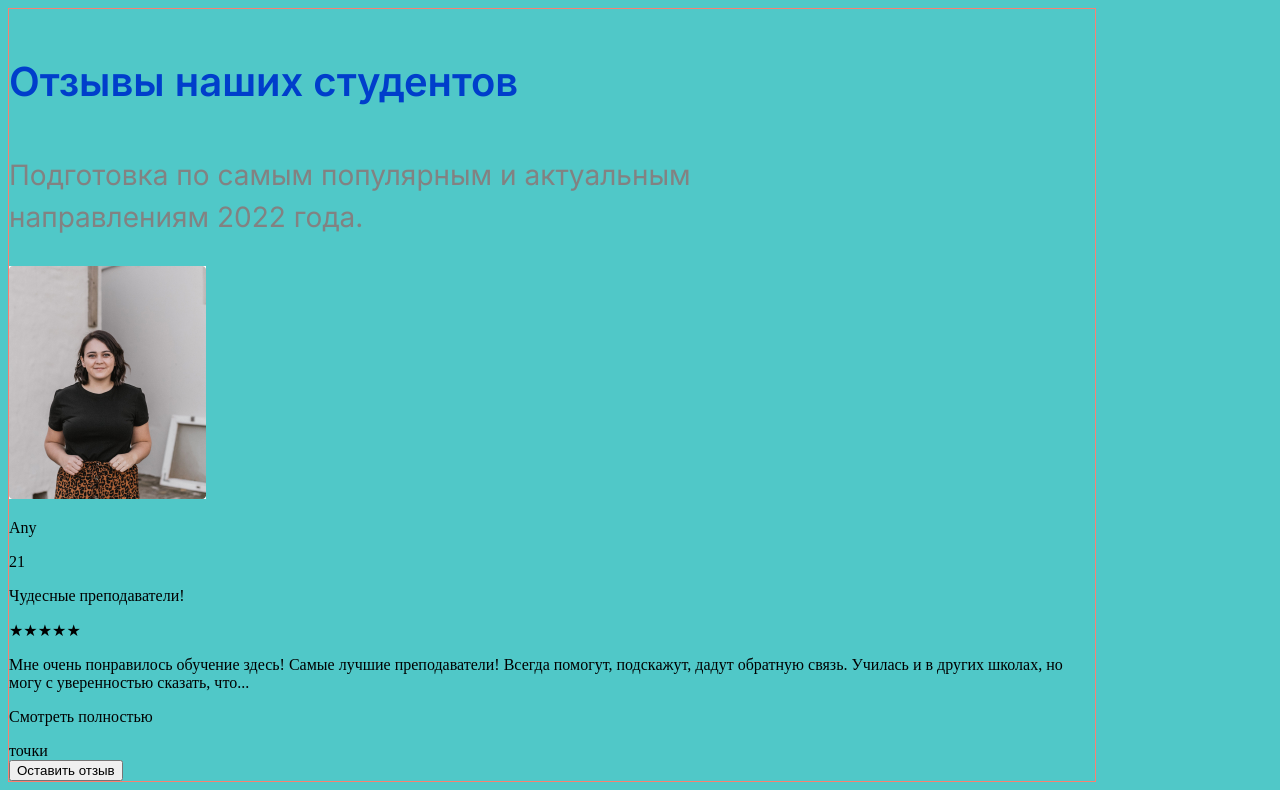
Repository: Malvuna/Studi
Page: index.html
These files come from the project's save history. The page is drawn as it stood at one moment and after the next save; the edit follows.
The browser window is 1280 px wide. The pictures show the whole page.

Above is the page before, as saved 2022-07-11 17:15:27.

After the next save:
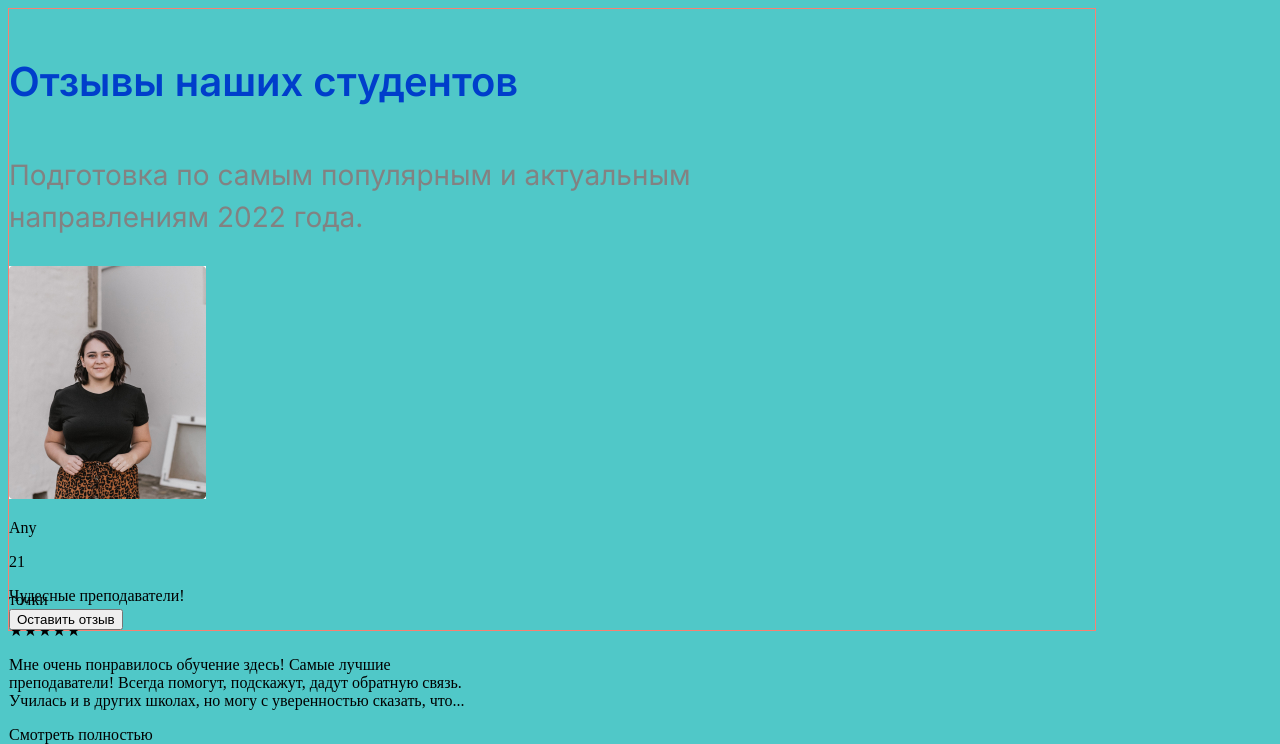
Saved 49 s later.
--- a/css/style.css
+++ b/css/style.css
@@ -27,5 +27,6 @@ body {
 }
 
 .divOneCard{
-
+    width: 490px;
+height: 325px;
 }
